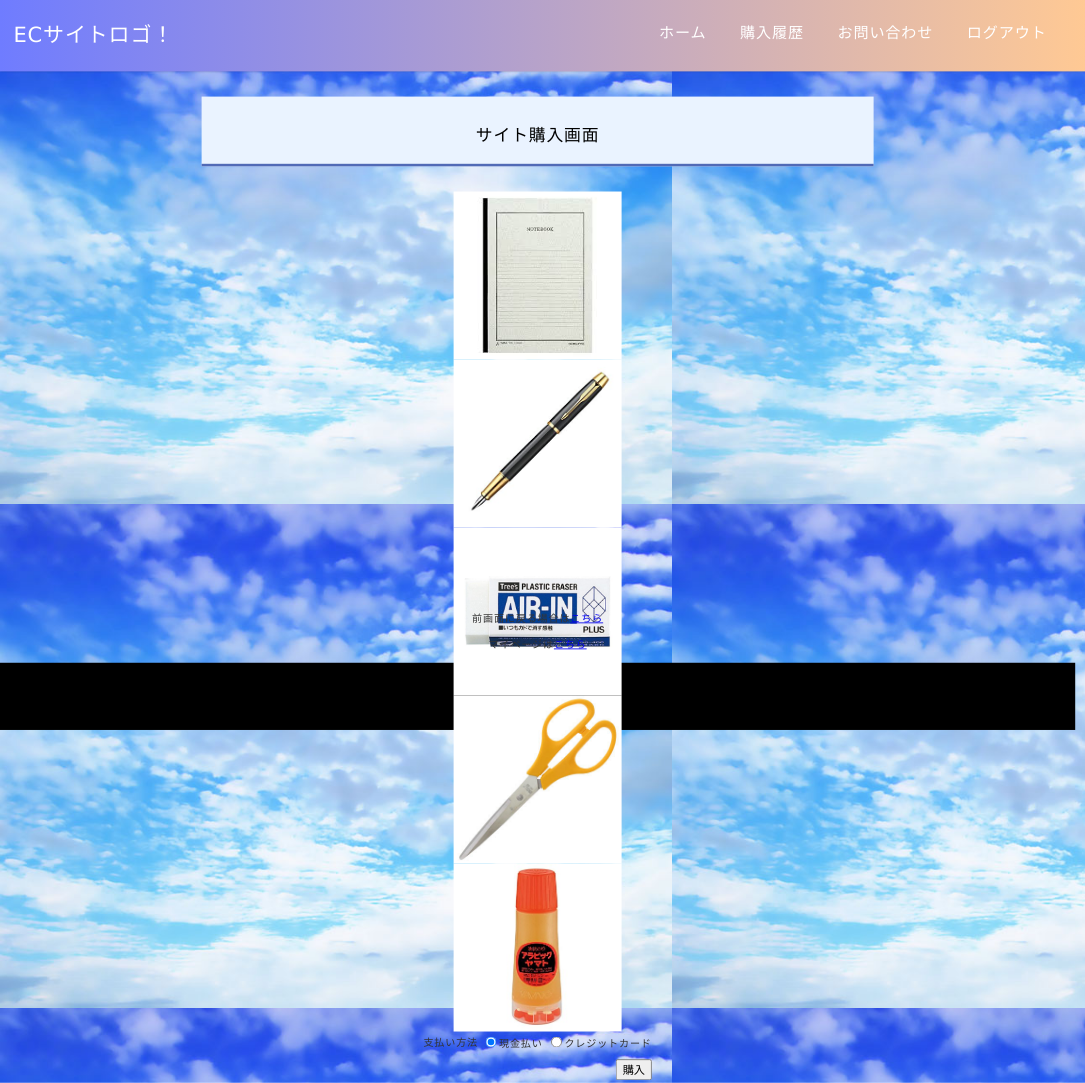
Repository: omosiromusic10/test
Page: http://localhost/ecsite/buyItem.jsp
The author's editor kept a copy of each file at every save. The page is drawn from the files as they stood at one save, then again after the next save.
The browser window is 1280 px wide. The page is 1292 px wide, so the pictures cover 1292 px, including what lies to the right of the window. The pictures show the whole page, at 84% of full size.
Some web libraries are served in a nearby version. The page is served by Tomcat 9. Other server files are loaded and not shown.

Above is the page before, as saved 2018-07-04 08:48:01.

### ecsite/WebContent/buyItem.jsp
<%@ page language="java" contentType="text/html; charset=UTF-8"
    pageEncoding="UTF-8"%>
<%@ taglib prefix="s" uri="/struts-tags" %>
<!DOCTYPE html PUBLIC "-//W3C//DTD HTML 4.01 Transitional//EN" "http://www.w3.org/TR/html4/loose.dtd">
<html>
<head>
<meta http-equiv="Content-Type" content="text/html; charset=UTF-8">
<meta http-equiv="Content-Style-Type" content="text/css" />
<meta http-equiv="Content-Script-Type" content="text/javascript" />
<meta http-equiv="imagetoolbar" content="no" />
<meta name="description" content=""/>
<meta name="keywords" content="" />
<script src="http://ajax.googleapis.com/ajax/libs/jquery/1.9.1/jquery.min.js"></script>
  <script type="text/javascript" src="https://ajax.googleapis.com/ajax/libs/jquery/3.1.1/jquery.min.js"></script>
<title>BuyItem画面</title>

<style type="text/css">
/* ========TAG LAYOUT======== */
body{
  margin: 0;
  padding: 0;
  line-height: 1.6;
  letter-spacing: 1px;
  font-family:Verdana, Helvetica, sans-serif;
  font-size: 12px;
  color: #333;
  background: #fff;
  background-image:url("./img/image6.jpg");
}
table{
  text-align: center;
  margin: 0 auto;
}
.roop{
  float: left;
  margin-left:10%;
}
.notroop{
  clear:both;
}
/* ========ID LAYOUT======== */
#top{
  width: 780px;
  margin: 30px auto;
  padding: 0.5em;
  color: #010101;
  font-size:20px;
  background: #eaf3ff;
  border-bottom: solid 3px #516ab6;
  height: 60px;
}
#header{
  width: 100%;
  height: 80px;
  osition: relative;
  padding: 0.2em 0.5em;
  background: -moz-linear-gradient(to right, rgb(111, 124, 255), #ffc994);
  background: -webkit-linear-gradient(to right, rgb(111, 124, 255), #ffc994);
  background: linear-gradient(to right, rgb(111, 124, 255), #ffc994);
  color: white;
  font-weight: lighter;
  box-shadow: 0 0 4px rgba(0, 0, 0, 0.56);
}
.logo{
  float:left;
  width:200px;
  padding-left:10px;
  color:white;
  font-size:25px;
  line-height:80px;
}

#header ul{
  float:right;
  line-height:50px;
}
#header ul li{
  float:left;
  list-style:none;
  padding-right:40px;
  color:white;
  font-size:18px;
}
.home a {
  text-decoration:none;
  color:white;
}
#main{
  width: 100%;
  height: 600px;
  text-align: center;
}
.image{
   float:center;
   margin-right :25px;
   margin-left :25px;
}
#back{
  clear: both;
  text-align: center;
  margin: 0 auto;
}
#footer{
  width: 100%;
  height: 80px;
  background-color: black;
  clear: both;
}

</style>
<script type="text/javascript">
    jQuery(function(){
    $(function(){
    $(".home a").hover(
    function(){
    	$(this).css("color","gray");
    },
    function(){
    	$(this).css("color","white");
    });
    });
    });
  </script>
</head>
<body>
    <div id="header">
        <div id="pr">
	 <div class="logo">ECサイトロゴ！</div>
	 <ul class="home">
	     <li><a href="home.jsp">ホーム</a></li><!--  ただhomeページに戻すだけ-->
	     <li><a href='<s:url action="MyPageAction"  />'>購入履歴</a></li>   <!-- これはMyPageActionを経由させつつ移動させなくてはいけない。 -->
	     <li><a href='<s:url action="InquiryAction" />'>お問い合わせ</a></li>  <!-- inquiryActioに連結させてそこからお問い合わせを出来るようにする -->
	     <li><a href='<s:url action="LogoutAction"  />'>ログアウト</a></li> <!-- これはlogoutActionを経由してつなげなくてはいけない。 -->
	 </ul>
	 </div>
        </div>
    <div id="main">
        <div id="top">
           <p>サイト購入画面</p>
        </div>
        <s:form action="BuyItemAction">
        <div class="image">
            <input type="image" src="./img/images.jpg"  width="200px" />
            </div>
        <div class="image">
            <input type="image" src="./img/image2.jpg"  width="200px" />
            </div>
        <div class="image">
            <input type="image" src="./img/image3.jpg"  width="200px" />
            </div>
        <div class="image">
            <input type="image" src="./img/image4.jpg"  width="200px" />
            </div>
        <div class="image">
            <input type="image" src="./img/image5.jpg"  width="200px" />
        </div>
            <s:iterator value="buyItemList">
                <table class="roop">
                <tr>
                    <td>
                        <span>商品名</span>
                    </td>
                    <td>
                        <s:property value="itemName" /><br>
                    </td>
                </tr>
                 <tr>
                    <td>
                        <span>値段</span>
                    </td>
                    <td>
                        <s:property value="itemPrice" /><span>円</span><br>
                    </td>
                </tr>
                 <tr>
                    <td>
                        <span>商品個数</span>
                    </td>
                    <td>
                        <select name="count">
                            <option value="0" selected="selected">0</option>
                            <option value="1">1</option>
                            <option value="2">2</option>
                            <option value="3">3</option>
                            <option value="4">4</option>
                            <option value="5">5</option>
                        </select>
                    </td>
                </tr>
                </table>
            </s:iterator>
            <table class="notroop">
                <tr>
                    <td>
                        <span>支払い方法</span>
                    </td>
                    <td>
                        <input type="radio" name="pay" value="1" checked="checked">現金払い
                         <input type="radio" name="pay" value="2">クレジットカード
                    </td>
                </tr>
                <tr>
                    <td>
                        <s:submit value="購入"/>
                    </td>
                </tr>
          </table>
              </s:form>
              </div>
                <div id ="back">
            <p>前画面に戻る場合は<a href='<s:url action="GoHomeAction" />'>こちら</a></p>
            <p>マイページは<a href='<s:url action="MyPageAction"  />'>こちら</a></p>
                </div>


<div id="footer">
    <div id="pr">
    </div>
</div>

</body>
</html>

After the next save:
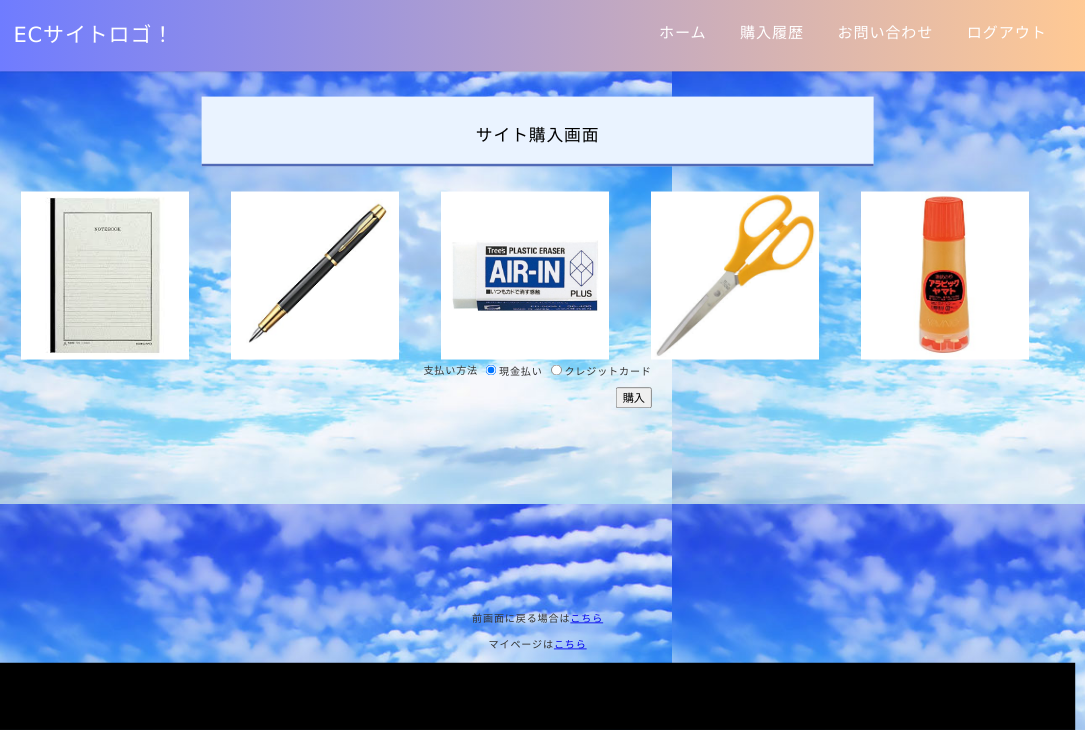
Saved 9 s later.
--- a/ecsite/WebContent/buyItem.jsp
+++ b/ecsite/WebContent/buyItem.jsp
@@ -91,7 +91,7 @@
   text-align: center;
 }
 .image{
-   float:center;
+   float:left;
    margin-right :25px;
    margin-left :25px;
 }
